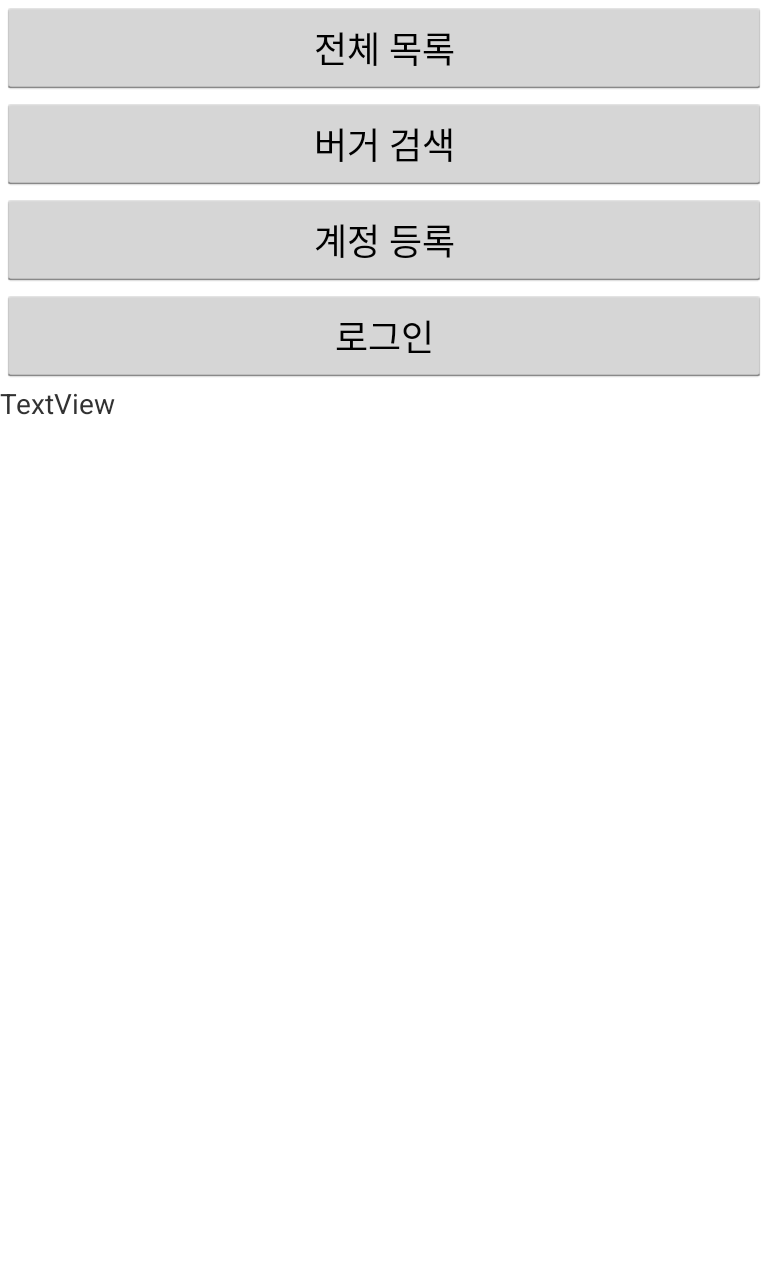
Repository: OnionLord/BurgerWIKI
Layout: burgerDicApp/BurgerDictionary/res/layout/actmain.xml
These files come from the project's save history. The layout is drawn as it stood at one moment and after the next save; the edit follows.
It is drawn on a 768 x 1280 px phone screen (xhdpi) without system bars, with theme AppTheme; the app's code is not run.

Above is the layout before, as saved 2014-11-07 13:46:00.

### burgerDicApp/BurgerDictionary/res/layout/actmain.xml
<LinearLayout xmlns:android="http://schemas.android.com/apk/res/android"
    android:layout_width="fill_parent"
    android:layout_height="fill_parent"
    android:orientation="vertical" >

    <Button
        android:id="@+id/main_btn_list"
        android:layout_width="fill_parent"
        android:layout_height="wrap_content"
        android:onClick="onClickButton"
        android:text="전체 목록" />
     <Button
        android:id="@+id/main_btn_search"
        android:layout_width="fill_parent"
        android:layout_height="wrap_content"
        android:onClick="onClickButton"
        android:text="버거 검색" />
    <Button
        android:id="@+id/main_btn_reg"
        android:layout_width="fill_parent"
        android:layout_height="wrap_content"
        android:onClick="onClickButton"
        android:text="계정 등록" />
    <Button
        android:id="@+id/main_btn_login"
        android:layout_width="fill_parent"
        android:layout_height="wrap_content"
        android:onClick="onClickButton"
        android:text="로그인" />

	<TextView
        android:id="@+id/main_test"
        android:layout_width="wrap_content"
        android:layout_height="wrap_content"
        android:text="TextView" />

</LinearLayout>

Loaded but not shown: burgerDicApp/BurgerDictionary/res/values/styles.xml (common file); burgerDicApp/BurgerDictionary/res/values-v11/styles.xml (common file); burgerDicApp/BurgerDictionary/res/values-v14/styles.xml (common file)

After the next save:
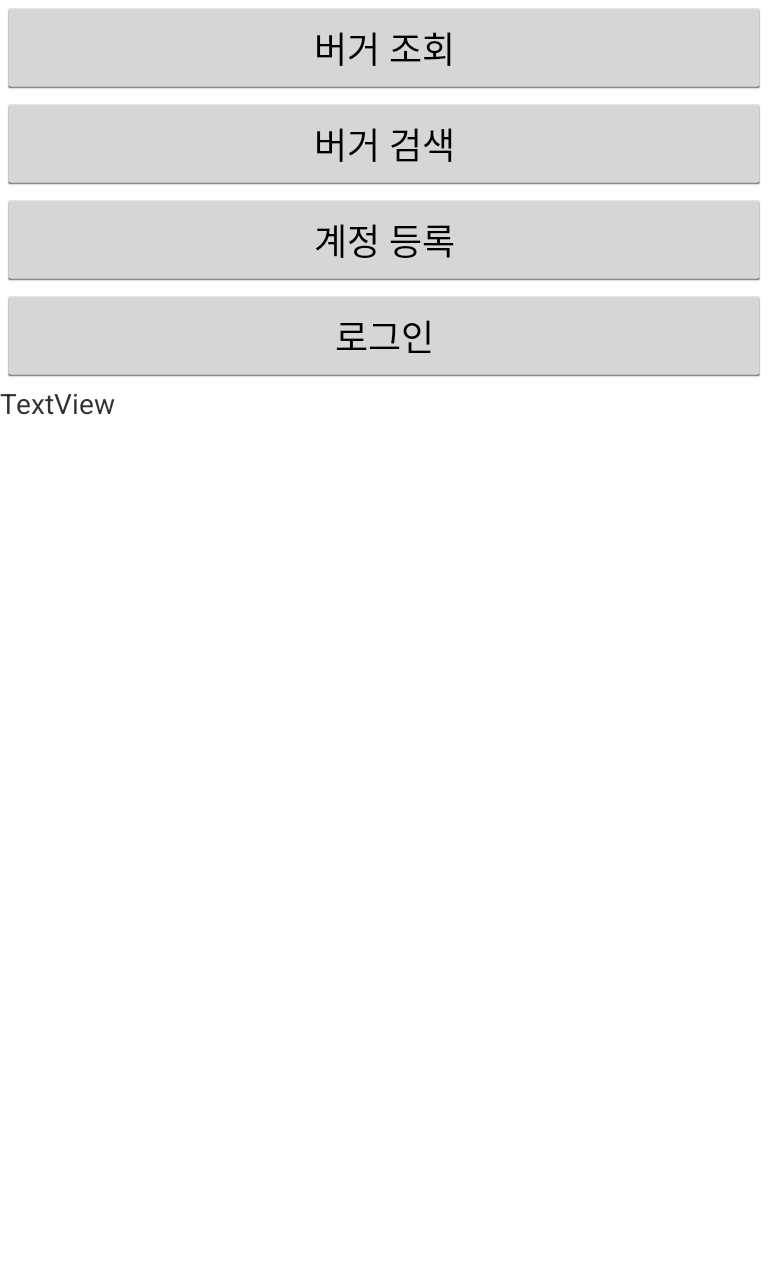
Saved 3 min 47 s later.
--- a/burgerDicApp/BurgerDictionary/res/layout/actmain.xml
+++ b/burgerDicApp/BurgerDictionary/res/layout/actmain.xml
@@ -8,7 +8,7 @@
         android:layout_width="fill_parent"
         android:layout_height="wrap_content"
         android:onClick="onClickButton"
-        android:text="전체 목록" />
+        android:text="버거 조회" />
      <Button
         android:id="@+id/main_btn_search"
         android:layout_width="fill_parent"
